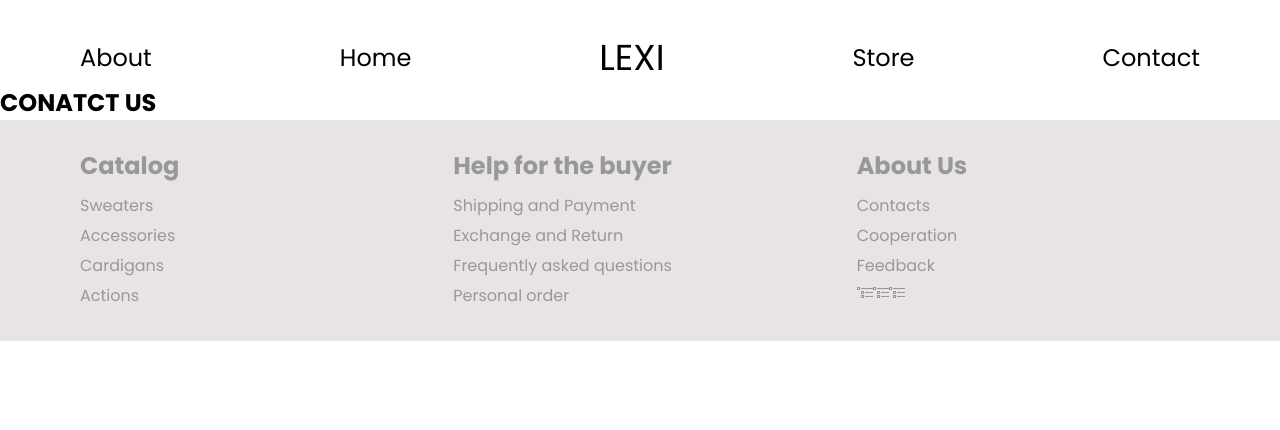
Repository: BuduCE/lexi
Page: /contact
These files come from the project's save history. The page is drawn as it stood at one moment and after a run of saves; the edit follows.
The browser window is 1280 px wide. The pictures show the whole page.
The project was rebuilt for these pictures with package versions that can differ from the ones it lists, and the page was loaded fresh each time. The framework's server and built-in components were replaced by stand-ins that run in the browser. Also part of the build but not shown: nuxt.config.ts, components/CartIcon.vue, components/Icons/Cart.vue, components/Icons/Close.vue, components/Icons/CloseHam.vue, components/Product.vue.

Above is the page before, as saved 2023-05-24 06:32:25.

### assets/main.css
@import url('https://fonts.googleapis.com/css2?family=Montserrat:ital,wght@0,200;0,300;0,400;0,500;0,600;0,700;0,800;0,900;1,200;1,300;1,400;1,500;1,600;1,700;1,800;1,900&family=Poppins:wght@100;200;300;400;500;700;900&display=swap');

*{
    margin: 0;
    padding: 0;
    box-sizing: border-box;
    font-family: poppins;
}

### components/Footer.vue
<template>
    <footer>
        <div class="catalog footer_pane">
            <h2>Catalog</h2>
            <p>Sweaters</p>
            <p>Accessories</p>
            <p>Cardigans</p>
            <p>Actions</p>
        </div>
        <div class="help footer_pane">
            <h2>Help for the buyer</h2>
            <p>Shipping and Payment</p>
            <p>Exchange and Return</p>
            <p>Frequently asked questions</p>
            <p>Personal order</p>
        </div>
        <div class="about footer_pane">
            <h2>About Us</h2>
            <p>Contacts</p>
            <p>Cooperation</p>
            <p>Feedback</p>
            <div class="socials">
                <IconsHamburger />
                <IconsHamburger />
                <IconsHamburger />
            </div>
        </div>
    </footer>
</template>

<style>
footer{
    background: #E9E4E4;
    color: #989898;
    padding: 28px 80px;
    display: grid;
    grid-template-columns: 1fr 1fr 1fr;
}
.footer_pane h2{
    padding-bottom: 10px;
}
.footer_pane p{
    padding-bottom: 5px;
}
.help{
    padding-right: 30px;
}
.about{
    padding-left: 30px;
}
@media screen and (max-width: 768px) {
    footer{
        display: grid;
        grid-template-columns: 1fr 1fr;
        padding: 28px 80px;
    }
    .help {
        padding-right: 0;
    }

    .about {
        padding-left: 0;
    }
}
@media screen and (max-width: 596px) {
    footer{
        grid-template-columns: 1fr;
        padding: 10px 60px;
    }
}
@media screen and (max-width: 463px) {
    footer{
        padding: 10px 10px;
    }
}
</style>

### components/Header.vue
<script setup>
// Hamburger Menu
const showMenu = ref(false)

const handleMenu = () => showMenu.value = !showMenu.value

</script>

<template>
    <div>
        <header class="nav">
            <NuxtLink to="/about" class="nav_option">About</NuxtLink>
            <NuxtLink to="/" class="nav_option">Home</NuxtLink>
            <a class="logo" id="logo">LEXI</a>
            <NuxtLink to="/store" class="nav_option">Store</NuxtLink>
            <NuxtLink to="" class="nav_option">Contact</NuxtLink>
        </header>

        <header class="nav_mob">
            <a href="#" class="logo" id="mob_logo">LEXI</a>

            <div v-show="showMenu" class="desk_nav" id="mobi-links">

                <button class="logomob hamburger_close" id="close_hamburger" style="color: red;" @click="handleMenu">X CLOSE X</button>


                <NuxtLink to="/" class="nav_option">Home</NuxtLink>

                <NuxtLink to="/about" class="nav_option">About</NuxtLink>

                <NuxtLink to="/store" class="nav_option">Store</NuxtLink>

                <NuxtLink to="/contact" class="nav_option">Contact</NuxtLink>

            </div>

            <button class="hamburger"  id="hamburger" @click="showMenu = true">
                <svg stroke="currentColor" fill="none" stroke-width="2.5" viewBox="0 0 24 24" stroke-linecap="round"
                    stroke-linejoin="round" class="h-6 w-6" height="2em" width="2em" xmlns="http://www.w3.org/2000/svg">
                    <line x1="3" y1="12" x2="21" y2="12"></line>
                    <line x1="3" y1="6" x2="21" y2="6"></line>
                    <line x1="3" y1="18" x2="21" y2="18"></line>
                </svg>
            </button>
            <!-- <IconsHamburger class="hamburger"  id="hamburger" @click="showMenu = true"/> -->
        </header>
    </div>
</template>

<style>
.nav{
    display: flex;
    align-items: center;
    justify-content: space-between;
    padding: 30px 80px 0px 80px;
}
.nav a{
    text-decoration: none;
    color: #000;
    font-size: 1.5rem;
}
.nav_mob a{
    text-decoration: none;
    color: #000;
}
.nav a:hover{
    font-weight: bolder;
    transition: 1s;
}
.nav_mob a:hover{
    font-weight: bolder;
    transition: 1s;
}
#logo{
    font-size: 2.25rem;
    font-weight: normal;
}
#mob_logo{
    font-size: 1.8rem;
    font-weight: normal;
}
.nav_mob{
    display: none;
}
/* Responsiveness */
@media screen and (max-width: 768px) {
    .nav {
        padding: 10px 80px 0 80px;
    }
}
@media screen and (max-width: 596px) {
    .nav{
        padding: 10px 60px 0 60px;
    }
    .nav a{
        font-size: 1.2rem;
    }
}
@media screen and (max-width: 463px) {
    .nav{
        display: none;
    }
    .nav_mob{
        display: flex;
        justify-content: space-between;
        align-items: center;
        padding: 0 10px;
        padding-top: 10px;
    }
    .desk_nav{
        /* display: none; */
        display: flex;
        width: 35%;
        flex-direction: column;
        padding: 10px 0;
        text-align: center;
        position: fixed;
        top: 0;
        right: 0;
        background: #fff;
        z-index: 5;
        position: fixed;
        animation: fadeIn 2s;
        box-shadow: -8px 9px 14px -3px rgba(0, 0, 0, 0.78);
            -webkit-box-shadow: -8px 9px 14px -3px rgba(0, 0, 0, 0.78);
            -moz-box-shadow: -8px 9px 14px -3px rgba(0, 0, 0, 0.78);
    }
    .desk_nav a {
        padding: 10px;
        cursor: pointer;
    }
    .hamburger_close{
        font-size: 0.75rem;
    }
    .hamburger{
        background: none;
        border: none;
        cursor: pointer;
    }
    #close_hamburger{
        border: none;
        background: none;
    }
}
</style>

### components/Icons/Hamburger.vue

<template>
    <svg xmlns="http://www.w3.org/2000/svg" width="1em" height="1em" viewBox="0 0 2048 2048">
        <path fill="currentColor"
            d="M512 384h1536v128H512V384zm512 640V896h1024v128H1024zm0 512v-128h1024v128H1024zM0 640V256h384v384H0zm128-256v128h128V384H128zm384 768V768h384v384H512zm128-256v128h128V896H640zm-128 768v-384h384v384H512zm128-256v128h128v-128H640z">
        </path>
    </svg>
</template>

<script>
export default {
    name: 'FluentMdl2BulletedTreeList'
}
</script>

### pages/contact.vue
<template>
    <Header />

    <div class="form">
        <h2>CONATCT US</h2>

    </div>

    <Footer />
</template>

Loaded but not shown: app.vue (common file)

After the next 2 saves:
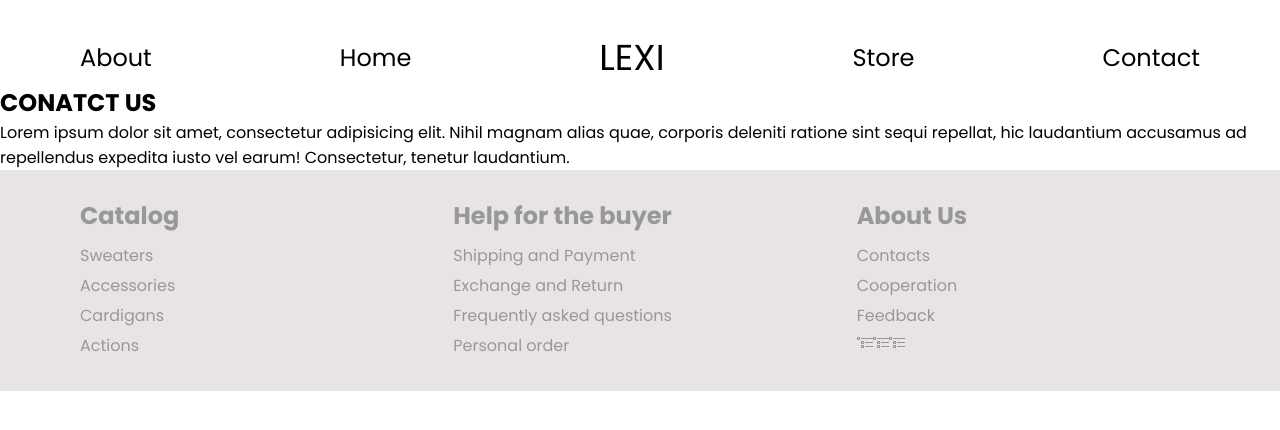
The 2 saves are shown as one change because they came seconds apart.
The last was saved 6 s later.
--- a/pages/contact.vue
+++ b/pages/contact.vue
@@ -3,6 +3,7 @@
 
     <div class="form">
         <h2>CONATCT US</h2>
+        <p>Lorem ipsum dolor sit amet, consectetur adipisicing elit. Nihil magnam alias quae, corporis deleniti ratione sint sequi repellat, hic laudantium accusamus ad repellendus expedita iusto vel earum! Consectetur, tenetur laudantium.</p>
 
     </div>
 
